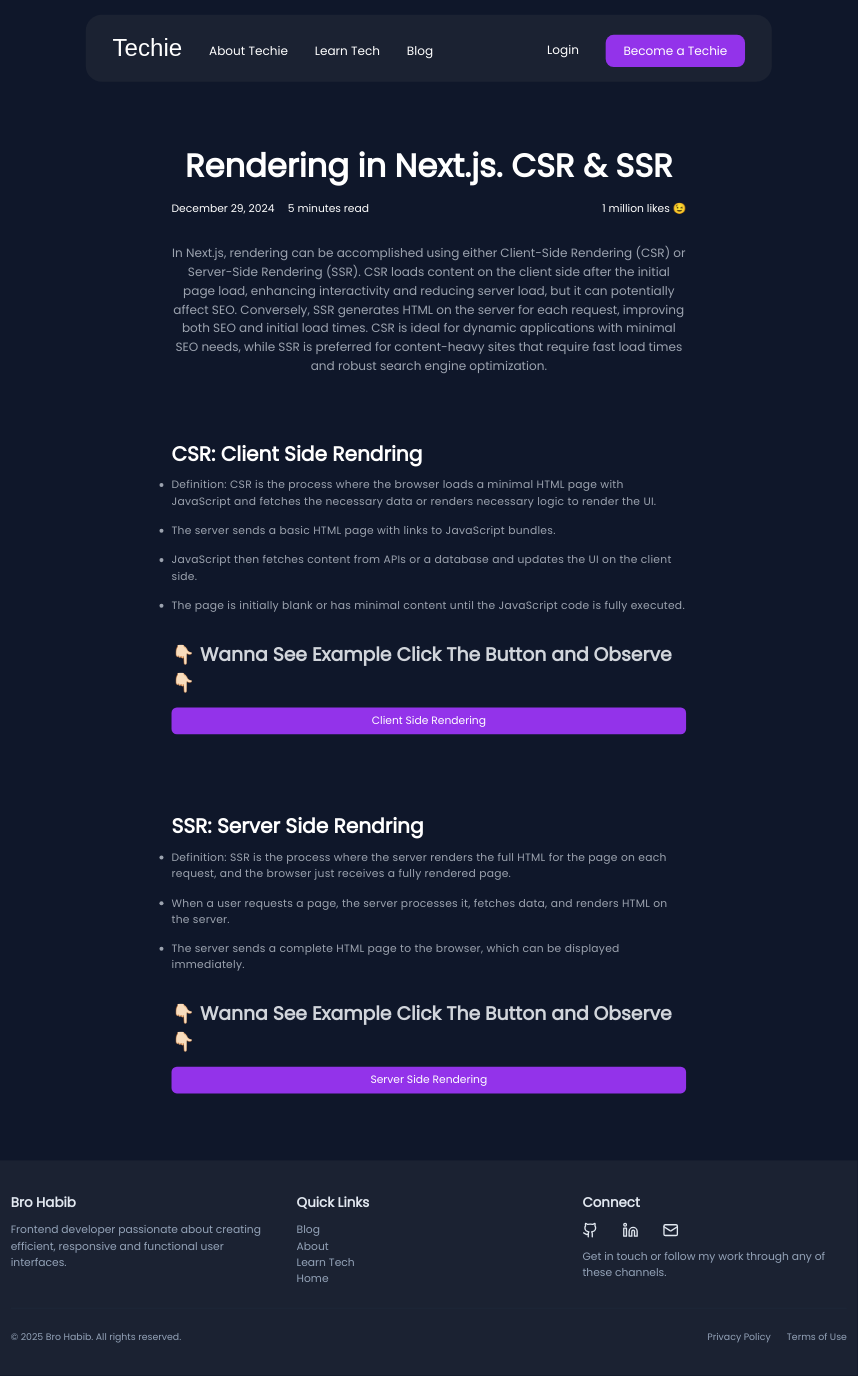
Repository: asadullah48/data-fetch
Page: /blog/rendering
An editor plug-in stored every save of this project. The page is shown before and after a run of saves, followed by the edit.
The browser window is 1280 px wide. The pictures show the whole page, at 67% of full size.
Some web fonts or font styles are not loaded; a fallback is used. The project was rebuilt for these pictures with package versions that can differ from the ones it lists, and the page was loaded fresh each time. The framework's server and built-in components were replaced by stand-ins that run in the browser. Also part of the build but not shown: next.config.mjs.

Above is the page before, as saved 2025-01-15 12:50:04.

### src/app/layout.tsx
import type { Metadata } from "next";
import localFont from "next/font/local";
import "./globals.css";
import Navbar from "@/components/Navbar";
import { Poppins } from "next/font/google"
import Footer from "@/components/Footer";


const poppins = Poppins({
  subsets: ['latin'],
  weight: '400'
})

const geistSans = localFont({
  src: "./fonts/GeistVF.woff",
  variable: "--font-geist-sans",
  weight: "100 900",
});
const geistMono = localFont({
  src: "./fonts/GeistMonoVF.woff",
  variable: "--font-geist-mono",
  weight: "100 900",
});

export const metadata: Metadata = {
  title: "Data Fetching",
  description: "Data Fetching in a CSR and SSR",
};

export default function RootLayout({
  children,
}: Readonly<{
  children: React.ReactNode;
}>) {
  return (
    <html lang="en">
      <body
        className={`${geistSans.variable} ${geistMono.variable} ${poppins.className} bg-[#0f172a] text-white antialiased overflow-x-hidden`}
      >
        <Navbar />
        {children}
        <Footer/>
      </body>
    </html>
  );
}

### src/app/blog/rendering/page.tsx
import React from 'react'
import { Poppins } from "next/font/google"
import Link from 'next/link'

const poppins = Poppins({
    subsets: ["latin"],
    weight: '400'
})

export default function RenderingBlog() {
  return (
    <div className={`${poppins.className} flex flex-col justify-center items-center`}>
      {/* heading and date, read and likes details */}
      <h1 className='text-3xl text-center md:text-5xl font-extrabold mt-20'>Rendering in Next.js. CSR & SSR</h1>

      <div className='flex justify-center md:justify-between items-center mt-7 w-[150px] md:w-[60%] text-base flex-wrap gap-4 md:gap-0'>
        <div className='flex flex-col md:flex-row justify-center items-center gap-4 md:gap-5 '>
          <p>December 29, 2024</p>
          <p>5 minutes read</p>
        </div>
        <p>1 million likes 😉</p>
      </div>

      {/*short over view  */}
      <p className='text-lg font-normal text-center mb-20 md:w-[60%] text-gray-400 mt-10'>
      In Next.js, rendering can be accomplished using either Client-Side Rendering (CSR) or Server-Side Rendering (SSR).
      CSR loads content on the client side after the initial page load, enhancing interactivity and reducing server load,
      but it can potentially affect SEO. Conversely, SSR generates HTML on the server for each request, improving both SEO and initial load times.
      CSR is ideal for dynamic applications with minimal SEO needs, while SSR is preferred for content-heavy sites that require fast load times
      and robust search engine optimization.
      </p>

      {/* headings and topic in bullet points. CSR */}
      <div className='flex justify-center items-center w-full'>
        <div className='my-5 flex flex-col justify-center items-start w-[60%]'>

          <h1 className='text-3xl mb-4 font-semibold '>CSR: Client Side Rendring</h1>

          <ul className='list-disc tracking-wide mb-8 text-gray-400 flex flex-col gap-5'>
            <li>Definition: CSR is the process where the browser loads a minimal HTML page with JavaScript and fetches the necessary data or
                renders necessary logic to render the UI.
            </li>

            <li>
            The server sends a basic HTML page with links to JavaScript bundles.
            </li>

            <li>
            JavaScript then fetches content from APIs or a database and updates the UI on the client side.
            </li>

            <li>
            The page is initially blank or has minimal content until the JavaScript code is fully executed.
            </li>


          </ul>

          <h1 className='text-[28px] mt-2  font-semibold text-gray-300'>👇🏻 Wanna See Example Click The Button and Observe 👇🏻</h1>

          <Link href={"/csr"} className='w-full'>
          <button className='w-full  bg-PrimaryPurple text-white px-4 py-2 rounded-lg mt-4'>Client Side Rendering</button>
          </Link>

        </div>

      </div>

      {/* headings and topic in bullet points. SSR */}
      <div className='mt-20 flex justify-center items-center w-full'>
        <div className='my-5 flex flex-col justify-center items-start w-[60%]'>

          <h1 className='text-3xl mb-4 font-semibold '>SSR: Server Side Rendring</h1>

          <ul className='list-disc mb-8 tracking-wide text-gray-400 flex flex-col gap-5'>
            <li>Definition: SSR is the process where the server renders the full HTML for the page on each request, and the browser just receives a fully rendered page.
            </li>

            <li>
            When a user requests a page, the server processes it, fetches data, and renders HTML on the server.
            </li>

            <li>
            The server sends a complete HTML page to the browser, which can be displayed immediately.
            </li>

          </ul>

          <h1 className='text-[28px] mt-2 font-semibold text-gray-300 '>👇🏻 Wanna See Example Click The Button and Observe 👇🏻</h1>

          <Link href={"/ssr"} className='w-full'>
          <button className='w-full  bg-PrimaryPurple text-white px-4 py-2 rounded-lg mt-4'>Server Side Rendering</button>
          </Link>

        </div>

      </div>
    </div>
  )
}

### src/app/globals.css
@tailwind base;
@tailwind components;
@tailwind utilities;

body {
  font-family: Arial, Helvetica, sans-serif;
}

@layer utilities {
  .text-balance {
    text-wrap: balance;
  }
}

@layer base {
  :root {
    --background: 0 0% 100%;
    --foreground: 20 14.3% 4.1%;
    --card: 0 0% 100%;
    --card-foreground: 20 14.3% 4.1%;
    --popover: 0 0% 100%;
    --popover-foreground: 20 14.3% 4.1%;
    --primary: 24 9.8% 10%;
    --primary-foreground: 60 9.1% 97.8%;
    --secondary: 60 4.8% 95.9%;
    --secondary-foreground: 24 9.8% 10%;
    --muted: 60 4.8% 95.9%;
    --muted-foreground: 25 5.3% 44.7%;
    --accent: 60 4.8% 95.9%;
    --accent-foreground: 24 9.8% 10%;
    --destructive: 0 84.2% 60.2%;
    --destructive-foreground: 60 9.1% 97.8%;
    --border: 20 5.9% 90%;
    --input: 20 5.9% 90%;
    --ring: 20 14.3% 4.1%;
    --chart-1: 12 76% 61%;
    --chart-2: 173 58% 39%;
    --chart-3: 197 37% 24%;
    --chart-4: 43 74% 66%;
    --chart-5: 27 87% 67%;
    --radius: 0.5rem;
  }
  .dark {
    --background: 20 14.3% 4.1%;
    --foreground: 60 9.1% 97.8%;
    --card: 20 14.3% 4.1%;
    --card-foreground: 60 9.1% 97.8%;
    --popover: 20 14.3% 4.1%;
    --popover-foreground: 60 9.1% 97.8%;
    --primary: 60 9.1% 97.8%;
    --primary-foreground: 24 9.8% 10%;
    --secondary: 12 6.5% 15.1%;
    --secondary-foreground: 60 9.1% 97.8%;
    --muted: 12 6.5% 15.1%;
    --muted-foreground: 24 5.4% 63.9%;
    --accent: 12 6.5% 15.1%;
    --accent-foreground: 60 9.1% 97.8%;
    --destructive: 0 62.8% 30.6%;
    --destructive-foreground: 60 9.1% 97.8%;
    --border: 12 6.5% 15.1%;
    --input: 12 6.5% 15.1%;
    --ring: 24 5.7% 82.9%;
    --chart-1: 220 70% 50%;
    --chart-2: 160 60% 45%;
    --chart-3: 30 80% 55%;
    --chart-4: 280 65% 60%;
    --chart-5: 340 75% 55%;
  }
}

@layer base {
  * {
    @apply border-border;
  }
  body {
    @apply bg-background text-foreground;
  }
}

### src/components/Navbar.tsx
"use client"
import { useState } from 'react';
import { Agbalumo } from "next/font/google"
import Link from "next/link"

const agbalumo = Agbalumo({
    subsets: ['latin'],
    weight: '400'
})


export default function Navbar() {
    const [isMenuOpen, setIsMenuOpen] = useState(false);

    const toggleMenu = () => setIsMenuOpen(!isMenuOpen);

    return (
        <div className="h-[144px] w-screen flex justify-center items-center">
            <div className="h-[100px] w-full relative md:w-[80%] md:rounded-3xl bg-[#1b2232] text-white flex justify-between items-center px-10">
                {/* Logo and Links */}
                <div className="flex justify-center items-center gap-10">
                <Link href={"/"}>
                    <h1 className={`${agbalumo.className} text-4xl`}>Techie</h1>
                </Link>

                    <div className="hidden lg:flex gap-10">
                        <Link href={"/about"} className="text-lg mt-2">About Techie</Link>
                        <Link href={"/learnTech"} className="text-lg mt-2">Learn Tech</Link>
                        <Link href={"/blog"} className="text-lg mt-2">Blog</Link>
                    </div>
                </div>

                {/* Navbar Buttons */}
                <div className="hidden md:flex gap-10">
                    <Link href={"/login"} className="text-lg mt-4">Login</Link>
                    <Link href={"/signup"} className="text-lg mt-2 h-12 bg-PrimaryPurple flex justify-center items-center w-52 rounded-xl">Become a Techie</Link>
                </div>

                {/* Hamburger Menu for Mobile */}
                <div className="lg:hidden flex items-center gap-4">
                    {/* <h1 className="font-bold text-4xl">Techie</h1> */}
                    <button onClick={toggleMenu} className="text-white text-2xl">
                        {/* Hamburger Icon */}
                        {isMenuOpen ? 'X' : '☰'}
                    </button>
                </div>
            </div>

            {/* Dropdown Menu for Mobile */}
            {isMenuOpen && (
                <div className='z-50 h-screen fixed top-1/4 w-full flex justify-center items-center bg-[#1b2232]/70 backdrop-blur-md '>
                <div className=" lg:hidden  text-white  text-center py-4 flex flex-col justify-center items-start gap-5">
                    <Link href={"/about"} onClick={()=> setIsMenuOpen(false)} className="block text-lg mt-2">About Techie</Link>
                    <Link href={"/learnTech"} onClick={()=> setIsMenuOpen(false)} className="block text-lg mt-2">Learn Tech</Link>
                    <Link href={"/blog"} onClick={()=> setIsMenuOpen(false)} className="block text-lg mt-2">Blog</Link>
                    <Link href={"/login"} onClick={()=> setIsMenuOpen(false)} className="block text-lg mt-2">Login</Link>
                    <Link href={"/signup"} onClick={()=> setIsMenuOpen(false)} className=" text-lg mt-2 h-12 bg-PrimaryPurple flex justify-start pl-2 items-center w-52 rounded-xl">Become a Techie</Link>
                </div>
                </div>
            )}
        </div>
    )
}

### src/components/Footer.tsx
import React from 'react'
import { Github,  Linkedin, Mail } from 'lucide-react';
import Link from 'next/link';
export default function Footer() {
  const currentYear = new Date().getFullYear();

  return (
    <div className="bg-[#1b2232] mt-20 text-slate-200 py-12 ">
      <div className="container mx-auto px-4">
        {/* Main Footer Content */}
        <div className="grid grid-cols-1 md:grid-cols-3 gap-8 mb-8">
          {/* About Section */}
          <div>
            <h3 className="text-xl font-semibold mb-4">Bro Habib</h3>
            <p className="text-slate-400 mb-4">
              Frontend developer passionate about creating efficient, responsive and functional user interfaces.
            </p>
          </div>

          {/* Quick Links */}
          <div>
            <h3 className="text-xl font-semibold mb-4">Quick Links</h3>
            <ul className="space-y-2 text-slate-400">
              <Link href="/blog" className="hover:text-slate-200 transition-colors"><li>Blog</li>
              </Link>
              <Link href="/about" className="hover:text-slate-200 transition-colors"><li>About</li>
              </Link>
              <Link href="/learnTech" className="hover:text-slate-200 transition-colors"><li>Learn Tech</li>
              </Link>
              <Link href="/" className="hover:text-slate-200 transition-colors"><li>Home</li>
              </Link>
            </ul>
          </div>

          {/* Connect Section */}
          <div>
            <h3 className="text-xl font-semibold mb-4">Connect</h3>
            <div className="flex space-x-4 mb-4 gap-5">
              <Link href="https://github.com/Habib-bhai" className="hover:text-slate-200 transition-colors">
                <Github size={24} />
              </Link>

              <Link href="https://www.linkedin.com/in/habib007ab92282/" className="hover:text-slate-200 transition-colors">
                <Linkedin size={24} />
              </Link>

              <Link href="mailto:habibahmed918131@gmail.com" className="hover:text-slate-200 transition-colors">
                <Mail size={24} />
              </Link>

            </div>
            <p className="text-slate-400">
              Get in touch or follow my work through any of these channels.
            </p>
          </div>
        </div>

        {/* Bottom Bar */}
        <div className="pt-8 border-t border-slate-800">
          <div className="flex flex-col md:flex-row justify-between items-center space-y-4 md:space-y-0">
            <p className="text-slate-400 text-sm">
              © {currentYear} Bro Habib. All rights reserved.
            </p>
            <div className="flex space-x-6 text-sm text-slate-400">
              <a href="/privacy" className="hover:text-slate-200 transition-colors">Privacy Policy</a>
              <a href="/terms" className="hover:text-slate-200 transition-colors">Terms of Use</a>
            </div>
          </div>
        </div>
      </div>
    </div>
  )
}

### tailwind.config.ts
import type { Config } from "tailwindcss";

const config: Config = {
	darkMode: ["class"],
	content: [
		"./src/pages/**/*.{js,ts,jsx,tsx,mdx}",
		"./src/components/**/*.{js,ts,jsx,tsx,mdx}",
		"./src/app/**/*.{js,ts,jsx,tsx,mdx}",
	],
	theme: {
		extend: {

			animation: {
				'spin-slow': 'spin 3s linear infinite',
				orbit: 'orbit 1.5s linear infinite',
				// dash: 'dash 2s ease-in-out infinite',
				float: 'float 6s ease-in-out infinite',
				wave: 'wave 8s linear infinite',
				bounce: 'bounce 2s infinite',
			},
			keyframes: {
				orbit: {
					'0%': { transform: 'rotate(0deg) translateX(30px) rotate(0deg)' },
					'100%': { transform: 'rotate(360deg) translateX(30px) rotate(-360deg)' },
				},
				dash: {
					'0%': { strokeDashoffset: '880px' },
					'100%': { strokeDashoffset: '0px' },
				},
				float: {
					'0%, 100%': { transform: 'translateY(-10px)' },
					'50%': { transform: 'translateY(10px)' },
				  },
				  wave: {
					'0%': { transform: 'translateX(100%)' },
					'100%': { transform: 'translateX(-100%)' },
				  },
			},
			colors: {
				background: 'hsl(var(--background))',
				PrimaryPurple: '#9333EA',
				foreground: 'hsl(var(--foreground))',
				card: {
					DEFAULT: 'hsl(var(--card))',
					foreground: 'hsl(var(--card-foreground))'
				},
				popover: {
					DEFAULT: 'hsl(var(--popover))',
					foreground: 'hsl(var(--popover-foreground))'
				},
				primary: {
					DEFAULT: 'hsl(var(--primary))',
					foreground: 'hsl(var(--primary-foreground))'
				},
				secondary: {
					DEFAULT: 'hsl(var(--secondary))',
					foreground: 'hsl(var(--secondary-foreground))'
				},
				muted: {
					DEFAULT: 'hsl(var(--muted))',
					foreground: 'hsl(var(--muted-foreground))'
				},
				accent: {
					DEFAULT: 'hsl(var(--accent))',
					foreground: 'hsl(var(--accent-foreground))'
				},
				destructive: {
					DEFAULT: 'hsl(var(--destructive))',
					foreground: 'hsl(var(--destructive-foreground))'
				},
				border: 'hsl(var(--border))',
				input: 'hsl(var(--input))',
				ring: 'hsl(var(--ring))',
				chart: {
					'1': 'hsl(var(--chart-1))',
					'2': 'hsl(var(--chart-2))',
					'3': 'hsl(var(--chart-3))',
					'4': 'hsl(var(--chart-4))',
					'5': 'hsl(var(--chart-5))'
				}
			},
			borderRadius: {
				lg: 'var(--radius)',
				md: 'calc(var(--radius) - 2px)',
				sm: 'calc(var(--radius) - 4px)'
			}
		}
	},
	plugins: [require("tailwindcss-animate")],
};
export default config;

After the next 2 saves:
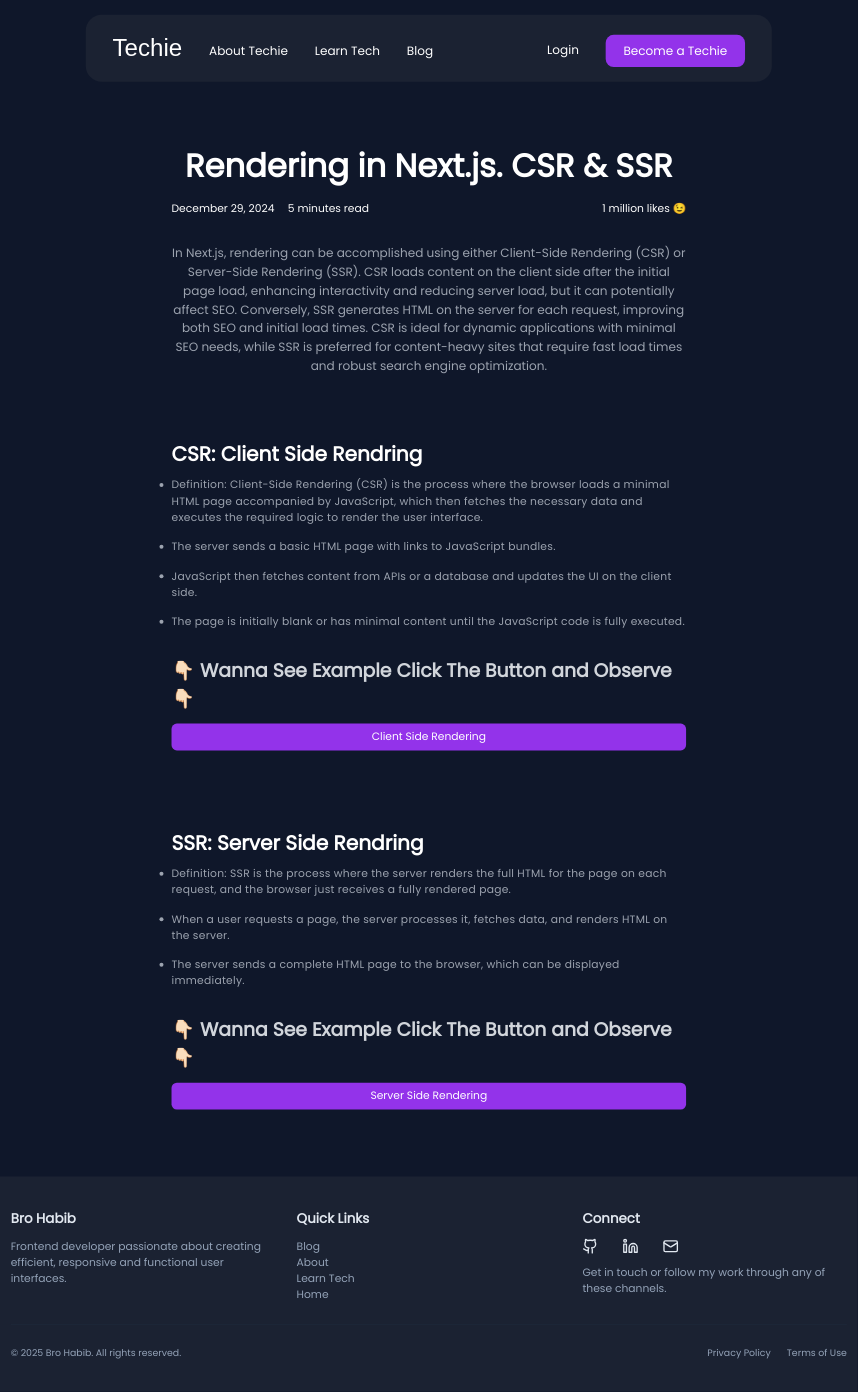
The 2 saves are shown as one change because they came seconds apart.
The last was saved 48 s later.
--- a/src/app/blog/rendering/page.tsx
+++ b/src/app/blog/rendering/page.tsx
@@ -37,8 +37,7 @@ export default function RenderingBlog() {
           <h1 className='text-3xl mb-4 font-semibold '>CSR: Client Side Rendring</h1>
 
           <ul className='list-disc tracking-wide mb-8 text-gray-400 flex flex-col gap-5'>
-            <li>Definition: CSR is the process where the browser loads a minimal HTML page with JavaScript and fetches the necessary data or
-                renders necessary logic to render the UI.
+            <li>Definition: Client-Side Rendering (CSR) is the process where the browser loads a minimal HTML page accompanied by JavaScript, which then fetches the necessary data and executes the required logic to render the user interface.
             </li>
 
             <li>
